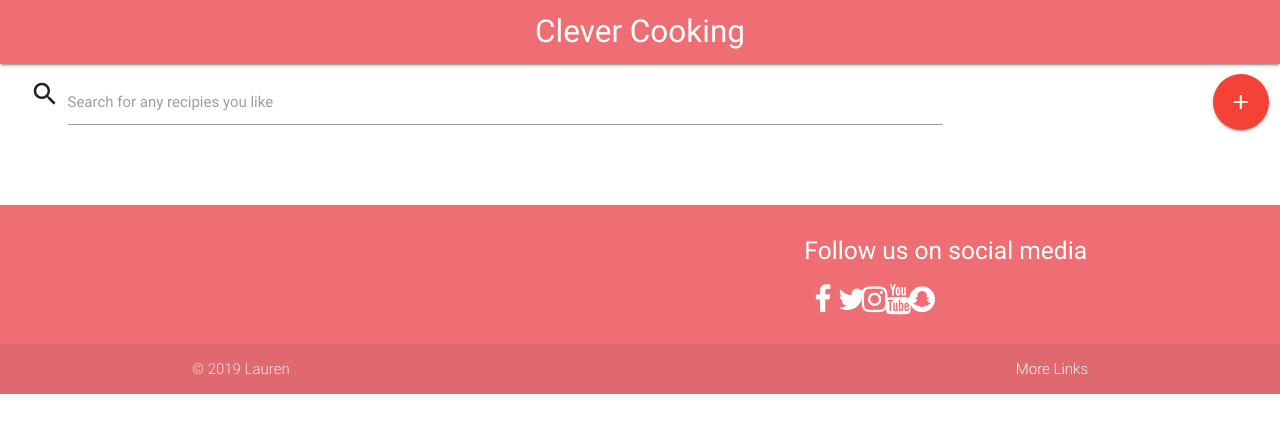
Repository: Code-Institute-Submissions/online-recipe-cookbook
Page: http://localhost/
The author's editor kept a record of every edit. The page is drawn from the files as they stood at one moment, then again after the next edit.
The browser window is 1280 px wide. The pictures show the whole page.
Some web libraries are served in a nearby version. The page is served by the project's application, run on Flask 3 (app.py). Queries for data that is not in the repository find no rows.

Above is the page before.

### templates/home.html
{% extends 'base.html' %}
{% block content %}
<!DOCTYPE html>
<html>
    <head>

    </head>
    <body>
        <div class="row">

            <div class="col s12">
              <div class="row">
                <div class="input-field col s9">
                  <i class="center-align material-icons prefix">search</i>
                  <input method="POST" action="{{url_for('get_recipe_names')}}" type="text" id="autocomplete-input" class="autocomplete">
                  <label for="autocomplete-input">Search for any recipies you like</label>
                </div>
                <a href="{{url_for('add_recipe')}}" class="btn-floating right-align btn-large waves-effect waves-light red" style="float: right; margin-top: 10px"><i class="material-icons">add</i></a>
              </div>
            </div>
         </div>
        <div class="row">
         {% for recipe in recipes %}

             <div class="card col s12 m6 l4 medium">
                <div class="card-image waves-effect waves-block waves-light">
                  <img class="activator" src={{ recipe.image_link}}>
                </div>
                <div class="card-content">
                  <span class="card-title activator grey-text text-darken-4">{{ recipe.recipe_name }}<i class="material-icons right">more_vert</i></span>
                  <p><a href="{{url_for('show_recipe', recipe_id=recipe._id)}}">View full recipe</a></p>
                  <span><i class="material-icons left">favorite</i> <p>{{recipe.likes}}</p></span>
                </div>
                <div class="card-reveal">
                  <span class="card-title grey-text text-darken-4">{{ recipe.recipe_name }}<i class="material-icons right">close</i></span>
                  <p>{{recipe.ingredients}}</p>
                  <span><a href="{{ url_for('edit_recipe', recipe_id=recipe._id)}}"><i class="material-icons right">edit</i></a></span>
                </div>
         </div>

         {% endfor %}

                 </div>
    </body>
</html>
{% endblock %}

### templates/base.html
<!DOCTYPE html>
<html>

<head>
    <link href="https://fonts.googleapis.com/icon?family=Material+Icons" rel="stylesheet">
    <link rel="stylesheet" href="https://cdnjs.cloudflare.com/ajax/libs/materialize/0.100.2/css/materialize.min.css">
    <link rel="stylesheet" href="{{url_for('static', filename='css/style.css')}}" type="text/css"/>
    <link rel="stylesheet" href="https://cdnjs.cloudflare.com/ajax/libs/font-awesome/4.7.0/css/font-awesome.min.css">
</head>

<body>
    <header>
      <nav>
        <div class="nav-wrapper">
          <a href="{{url_for('get_top_recipes')}}" class="brand-logo center">Clever Cooking</a>
        </div>
      </nav>
    </header>
    {% block content %}

    {% endblock %}

    <script src="https://cdnjs.cloudflare.com/ajax/libs/jquery/3.2.1/jquery.min.js"></script>
    <script src="https://cdnjs.cloudflare.com/ajax/libs/materialize/0.100.2/js/materialize.min.js"></script>
    <script type="text/javascript">
    $(document).ready(function(){
    $('.modal').modal();

    function sendItem(val) {
        console.log(val);
    }
    $(function () {
            $('input.autocomplete').autocomplete({
                data: {

                    "Apple": null,
                    "Microsoft": null,
                    "Google": 'http://placehold.it/250x250'
                },
                onAutocomplete: function(txt) {
                  sendItem(txt);
                },
                limit: 20, // The max amount of results that can be shown at once. Default: Infinity.
            });

    });

  });
    </script>

</body>
<footer class="page-footer">
          <div class="container">
            <div class="row">
              <div class="col l6 s12">
                </div>
              <div class="col l4 offset-l2 s12">
                <h5 class="white-text">Follow us on social media</h5>

                  <a href="#"><i class="fa fa-facebook fa-2x"></i></a>
          				<a href="#" ><i class="fa fa-twitter fa-2x"></i></a>
          				<a href="#" ><i class="fa fa-instagram fa-2x"></i></a>
          				<a href="#" ><i class="fa fa-youtube fa-2x"></i></a>
          				<a href="#"> <i class="fa fa-snapchat fa-2x"></i> </a>


              </div>
            </div>
          </div>
          <div class="footer-copyright">
            <div class="container">
            © 2019 Lauren
            <a class="grey-text text-lighten-4 right" href="#!">More Links</a>
            </div>
          </div>
        </footer>
</html>

### app.py
import os
from flask import Flask, render_template, redirect, request, url_for
from flask_pymongo import PyMongo
from bson.objectid import ObjectId

app = Flask(__name__)
app.config["MONGO_DBNAME"] = 'cookbookDb'
#app.config["MONGO_URI"] = os.getenv('MONGO_URI', 'mongodb://localhost')
app.config["MONGO_URI"]="mongodb+srv://root-user96:r00tUser96@myfirstcluster-ehz2d.mongodb.net/cookbookDb?retryWrites=true&w=majority"


mongo = PyMongo(app)

@app.route('/')
@app.route('/get_top_recipes')
def get_top_recipes():
    return render_template("home.html", recipes=mongo.db.recipes.find())

@app.route('/edit_recipe/<recipe_id>')
def edit_recipe(recipe_id):
    the_recipe = mongo.db.recipes.find_one({"_id": ObjectId(recipe_id)})
    return render_template('edit_recipe.html', recipe=the_recipe)

@app.route('/show_recipe/<recipe_id>')
def show_recipe(recipe_id):
    the_recipe = mongo.db.recipes.find_one({"_id": ObjectId(recipe_id)})
    recipe_comments = mongo.db.comments.find({"_recipe_id": ObjectId(recipe_id)})
    return render_template('show_recipe.html', recipe=the_recipe, comments=recipe_comments)

@app.route('/delete_recipe/<recipe_id>')
def delete_recipe(recipe_id):
    mongo.db.recipes.remove({'_id': ObjectId(recipe_id)})
    return redirect(url_for('get_top_recipes'))

@app.route('/add_like_to_recipe/<recipe_id>', methods=['GET'])
def add_like_to_recipe(recipe_id):
    recipes = mongo.db.recipes

    recipes.update(
        {'_id': ObjectId(recipe_id)},
        { '$inc': { 'likes': +1} }
    )

    return redirect(url_for('show_recipe', recipe_id=recipe_id))

@app.route('/add_comment_to_recipe/<recipe_id>', methods=['POST'])
def add_comment_to_recipe(recipe_id):
    recipes = mongo.db.recipes
    comments = mongo.db.comments

    commentdict = { "username": request.form.get('username'), "comment": request.form.get('comment'), "_recipe_id":ObjectId(recipe_id) }
    comments.insert_one(commentdict)

    return redirect(url_for('show_recipe', recipe_id=recipe_id))

@app.route('/update_recipe/<recipe_id>', methods=['POST'])
def update_recipe(recipe_id):
    recipes = mongo.db.recipes
    recipes.update({'_id': ObjectId(recipe_id)},
    {
        'recipe_name':request.form.get('recipe_name'),
        'prep_time':request.form.get('prep_time'),
        'cook_time':request.form.get('cook_time'),
        'ingredients':request.form.get('ingredients'),
        #'cuisine':request.form.get('cuisine'),
        'method_steps':request.form.get('method_steps'),
        'tools_used':request.form.get('tools_used'),
        'image_link':request.form.get('image_link')
    })
    return redirect(url_for('get_top_recipes'))

@app.route('/insert_recipe', methods=['POST'])
def insert_recipe():
    recipes = mongo.db.recipes
    recipes.insert_one(request.form.to_dict())
    return redirect(url_for('get_top_recipes'))

@app.route('/add_recipe')
def add_recipe():
    return render_template("add_recipe.html")

@app.route('/get_recipe_names')
def get_recipe_names():
    return render_template("index.html", names=mongo.db.recipe_names.find())

if __name__ == '__main__':
    app.run(host=os.environ.get('IP'),
            port=int(os.environ.get('PORT')),
            debug=True)

### static/css/style.css
.fa {
  color: white;
  padding: 10px;
  font-size: 30px;
  width: 10px;
  text-align: center;
  text-decoration: none;
}

After the next edit:
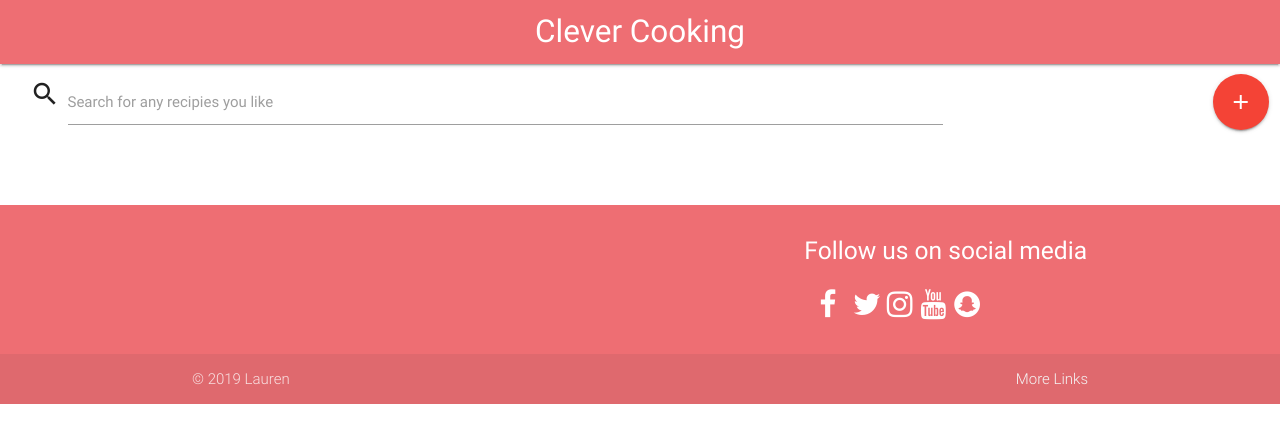
The edit:
--- a/static/css/style.css
+++ b/static/css/style.css
@@ -1,8 +1,8 @@
+@import url('https://fonts.googleapis.com/css?family=Satisfy&display=swap');
 .fa {
   color: white;
-  padding: 10px;
-  font-size: 30px;
-  width: 10px;
-  text-align: center;
+  padding: .5em;
+  font-size: 2em;
+  width: 1em;
   text-decoration: none;
 }
